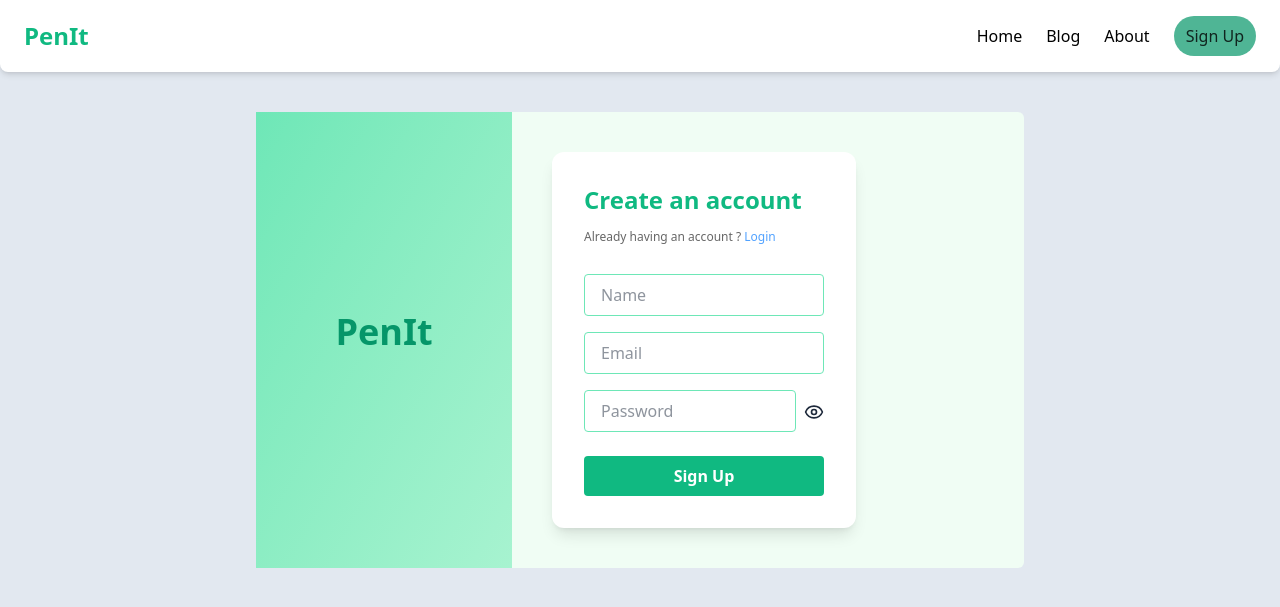
Repository: Mounika-chukkala/PenIt
Page: /signup (app in frontend/)
An editor plug-in stored every save of this project. The page is shown before and after the next save, followed by the edit.
The browser window is 1280 px wide. The pictures show the whole page.
The project was rebuilt for these pictures with package versions that can differ from the ones it lists, and the page was loaded fresh each time. Also part of the build but not shown: frontend/vite.config.js, frontend/src/Pages/Signin.jsx, frontend/src/components/CreateBlog.jsx, frontend/src/Pages/AddBlog.jsx.

Above is the page before, as saved 2025-05-23 14:16:52.

After the next save:
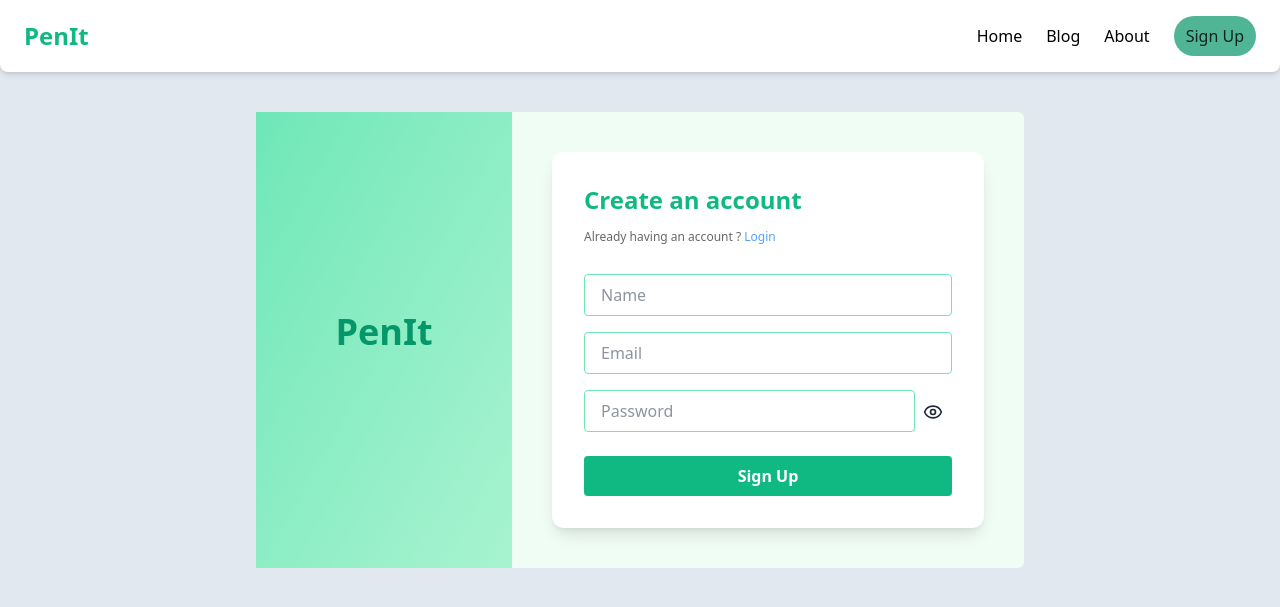
Saved 8 s later.
--- a/frontend/src/Pages/Signup.jsx
+++ b/frontend/src/Pages/Signup.jsx
@@ -43,7 +43,7 @@ alert(res.message)
       </div>
 
       {/* Right side sign up form */}
-      <div className=" w-full md:w-1/2 flex justify-center items-center p-10">
+      <div className=" w-full md:w-2/3 flex justify-center items-center p-10">
         <div className="bg-white p-8 rounded-xl shadow-lg w-full max-w-md">
           <h2 className="text-lg md:text-2xl font-bold mb-3 text-[#10B981]">Create an account</h2>
 
